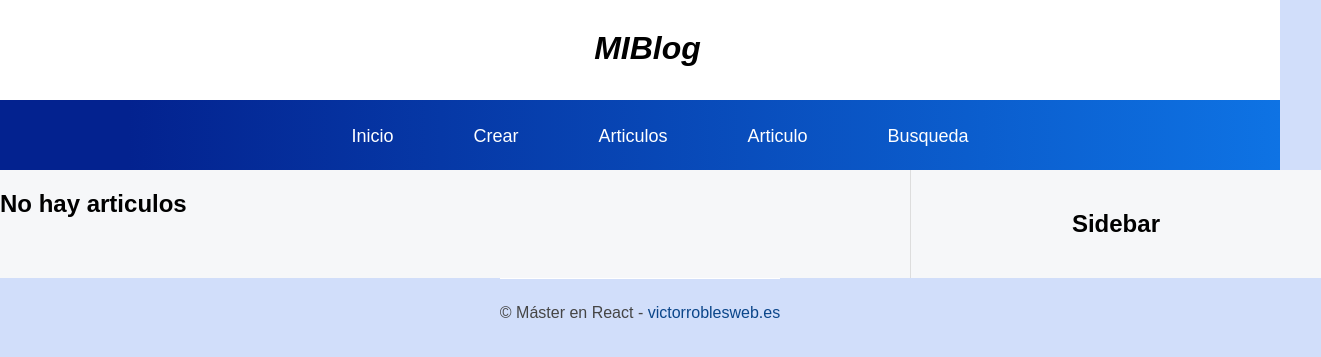
Repository: DamianBermudez94/frondEnd-blog
Page: /articulos
An editor plug-in stored every save of this project. The page is shown before and after the next save, followed by the edit.
The browser window is 1280 px wide. The page is 1321 px wide, then 1280 px, so the pictures cover 1321 px, including what lies to the right of the window. The pictures show the whole page.
The page's requests for data from a server got no answer. The project was rebuilt for these pictures with package versions that can differ from the ones it lists, and the page was loaded fresh each time. No one was signed in, and anything a server would have sent is missing. Also part of the build but not shown: vite.config.js, src/components/pages/Inicio.jsx, src/components/pages/Busqueda.jsx, src/components/pages/Crear.jsx, src/components/pages/Articulo.jsx.

Above is the page before, as saved 2023-08-09 19:18:50.

After the next save:
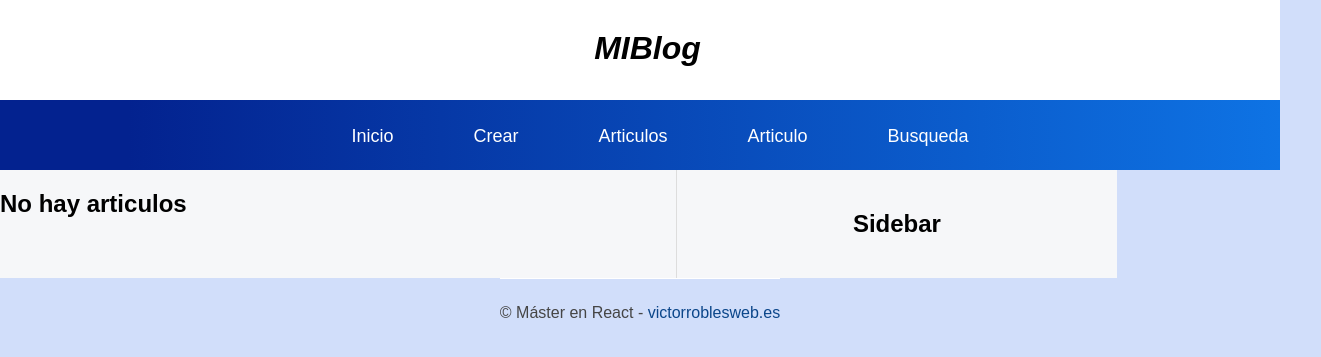
Saved 5 s later.
--- a/src/index.css
+++ b/src/index.css
@@ -232,7 +232,7 @@ input[type="button"]{
 /*ESTILOS BARRA LATERAL*/
 
 .lateral{
-  width: 100%;
+  width: 400px;
   grid-area: lateral;
   background: #f6f7f9;
   border-left: 1px solid #ddd;
